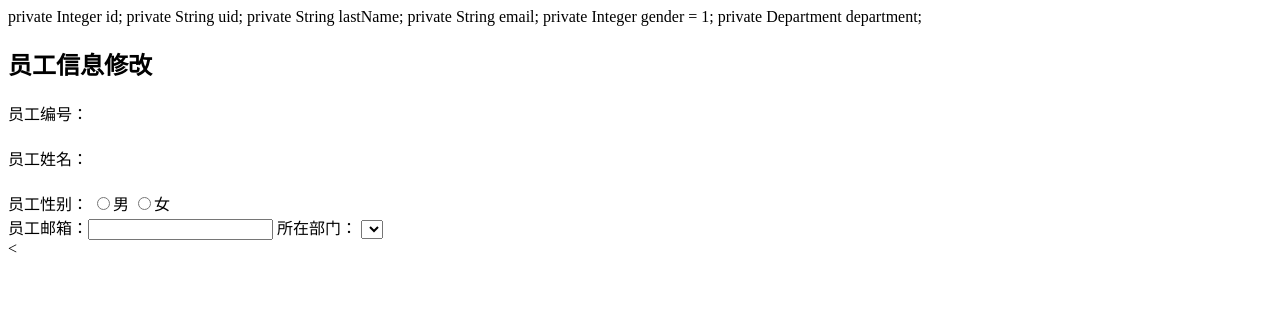
Repository: ocxz/spring
Page: http://localhost/8.SpringMVC_CRUD/WEB-INF/pages/edit.jsp
These files come from the project's save history. The page is drawn as it stood at one moment and after the next save; the edit follows.
The browser window is 1280 px wide. The pictures show the whole page.
The page is served by Tomcat 9. Nobody is signed in. The template is opened directly, without the code that normally fills it, so the values that code supplies are empty.

Above is the page before, as saved 2019-12-06 04:42:03.

After the next save:
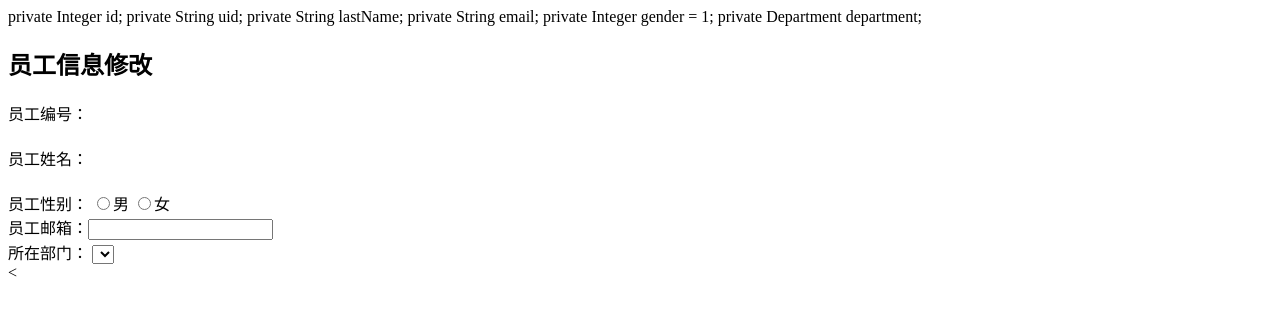
Saved 11 s later.
--- a/Spring/代码/8.SpringMVC_CRUD/src/main/webapp/WEB-INF/pages/edit.jsp
+++ b/Spring/代码/8.SpringMVC_CRUD/src/main/webapp/WEB-INF/pages/edit.jsp
@@ -20,8 +20,8 @@
 		员工姓名：<h4>${employee.lastName }</h4>
 		员工性别：
 			<form:radiobutton path="gender" value="1" label="男"/>
-			<form:radiobutton path="gender" value="0" label="女"/></br>
-		员工邮箱：<form:input path="email"/>
+			<form:radiobutton path="gender" value="0" label="女"/><br/>
+		员工邮箱：<form:input path="email"/><br/>
 		所在部门：
 			<form:select path="department.did" items="${depts }"
 			itemLabel="departmentName" itemValue="did"></form:select>
